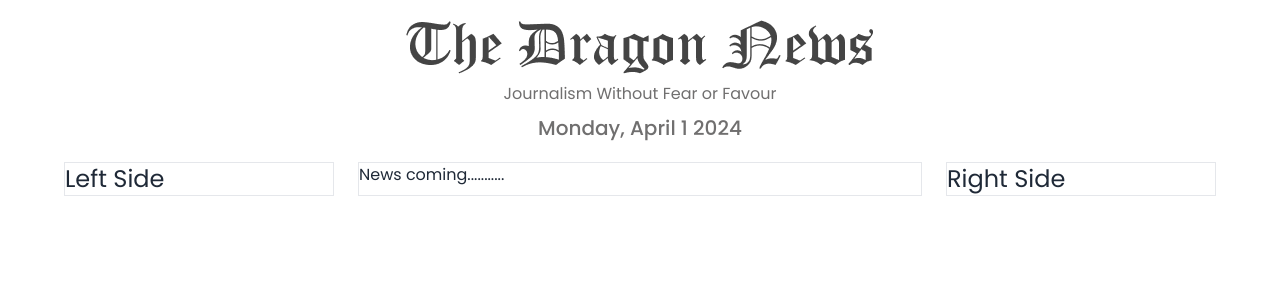
Repository: ShouravAhammed/react-dragon-news-auth
Page: /
The author's editor kept a copy of each file at every save. The page is drawn from the files as they stood at one save, then again after the next save.
The browser window is 1280 px wide. The pictures show the whole page.
The project was rebuilt for these pictures with package versions that can differ from the ones it lists, and the page was loaded fresh each time. Also part of the build but not shown: vite.config.js, src/pages/About/About.jsx, src/pages/Career/Career.jsx.

Above is the page before, as saved 2024-04-13 02:10:51.

### src/main.jsx
import React from 'react'
import ReactDOM from 'react-dom/client'
import './index.css'
import { RouterProvider } from 'react-router-dom'
import router from './Routes/Routes.jsx'

ReactDOM.createRoot(document.getElementById('root')).render(
  <React.StrictMode>
    <RouterProvider router={router}/>
  </React.StrictMode>,
)

### src/Routes/Routes.jsx
import Root from "../layout/Root";

import {
    createBrowserRouter,
  } from "react-router-dom";
import Home from "../pages/Home/Home";
import About from "../pages/About/About";
import Career from "../pages/Career/Career";

const router = createBrowserRouter([
    {
        path: '/',
        element: <Root></Root>,
        children: [
            {

                path: '/',
                element: <Home></Home>,
            },
            {

                path: '/about',
                element: <About></About>,
            },
            {

                path: '/career',
                element: <Career></Career>,
            },

        ]
    }
])

export default router;

### src/pages/Home/Home.jsx
import Header from "../Shared/Header/Header";
import LeftSideNav from "../Shared/LeftSideNav/LeftSideNav";
import RightSideNav from "../Shared/RIghtSideNav/RightSideNav";


const Home = () => {
    return (
        <div>
            <Header></Header>
            <div className="grid grid-cols-1 md:grid-cols-4 gap-6">
                <div className="col-span-1 border">
                    <LeftSideNav></LeftSideNav>
                </div>
                <div className="col-span-2 border">News coming...........</div>
                <div className="col-span-1 border">
                    <RightSideNav></RightSideNav>
                </div>
            </div>
        </div>
    );
};

export default Home;

### src/pages/Shared/Header/Header.jsx

import moment from 'moment';
import logo from '../../../assets/logo.png'
const Header = () => {
    return (
        <div className='flex justify-center items-center my-5'>
            <div className='text-center space-y-2'>
            <img src={logo} alt="" />
            <h3 className='text-[#18px] font-normal text-[#706F6F]'>Journalism Without Fear or Favour</h3>
            <p className='text-xl text-[#706F6F] font-medium'>{moment().format("dddd, MMMM D YYYY")}</p>
            </div>

        </div>
    );
};

export default Header;

### src/pages/Shared/LeftSideNav/LeftSideNav.jsx

const LeftSideNav = () => {
    return (
        <div>
            <h3 className='text-2xl'>Left Side</h3>
        </div>
    );
};

export default LeftSideNav;

### src/pages/Shared/RIghtSideNav/RightSideNav.jsx


const RightSideNav = () => {
    return (
        <div>
            <h3 className="text-2xl">Right Side</h3>
        </div>
    );
};

export default RightSideNav;

### tailwind.config.js
/** @type {import('tailwindcss').Config} */
export default {
  content: [
    "./index.html",
    "./src/**/*.{js,ts,jsx,tsx}",
  ],
  theme: {
    extend: {
      fontFamily: {
        poppins: '"Poppins", sans-serif;', // Adds a new `font-display` class
      }
    }
  },
  plugins: [require("daisyui")],
}

Loaded but not shown: index.html (common file); src/index.css (common file); src/layout/Root.jsx (common file)

After the next save:
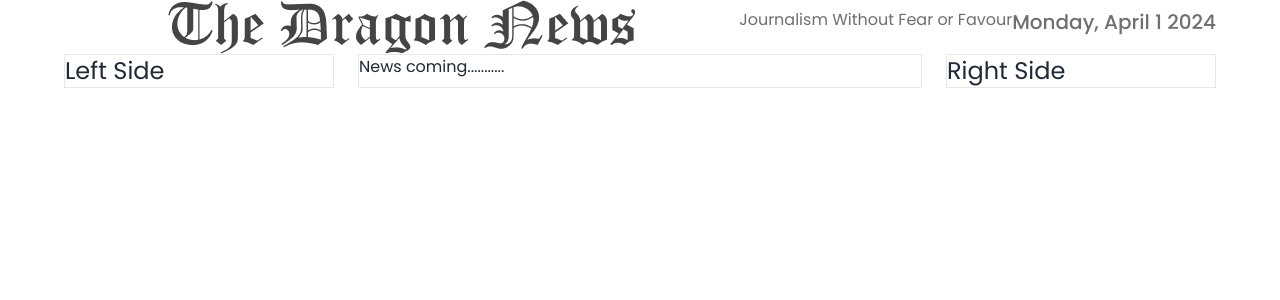
Saved 2 min 22 s later.
--- a/src/pages/Shared/Header/Header.jsx
+++ b/src/pages/Shared/Header/Header.jsx
@@ -3,12 +3,10 @@ import moment from 'moment';
 import logo from '../../../assets/logo.png'
 const Header = () => {
     return (
-        <div className='flex justify-center items-center my-5'>
-            <div className='text-center space-y-2'>
-            <img src={logo} alt="" />
+        <div className='flex space-y-2'>
+            <img className='mx-auto' src={logo} alt="" />
             <h3 className='text-[#18px] font-normal text-[#706F6F]'>Journalism Without Fear or Favour</h3>
             <p className='text-xl text-[#706F6F] font-medium'>{moment().format("dddd, MMMM D YYYY")}</p>
-            </div>
 
         </div>
     );
